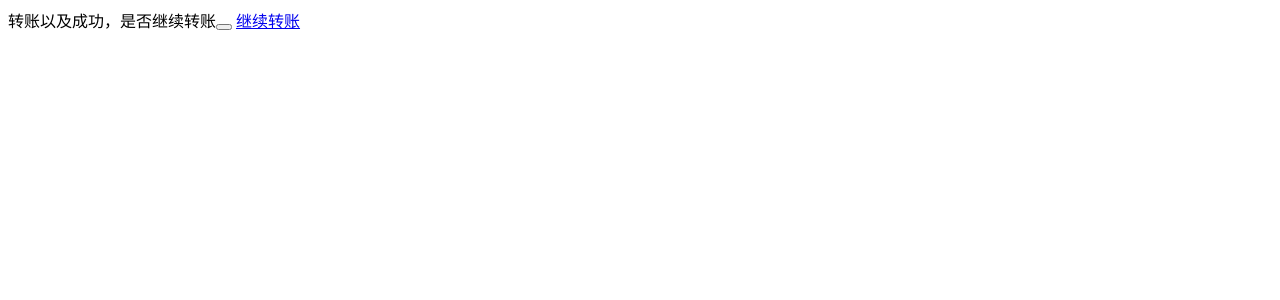
Repository: DataBoxWx/mvc_servlet_3
Page: http://localhost/mvc_1/continuetransfer.jsp
An editor plug-in stored every save of this project. The page is shown before and after the next save, followed by the edit.
The browser window is 1280 px wide. The pictures show the whole page.
The page is served by Tomcat 9. Other server files are loaded and not shown.

Above is the page before, as saved 2018-05-07 07:39:29.

### mvc_1/WebContent/continuetransfer.jsp
<%@ page language="java" contentType="text/html; charset=UTF-8"
    pageEncoding="UTF-8"%>
<%
	String basePath = request.getScheme() + "://" + request.getServerName() + ":" + 	request.getServerPort() + request.getContextPath() + "/";
%>
<!DOCTYPE html PUBLIC "-//W3C//DTD HTML 4.01 Transitional//EN" "http://www.w3.org/TR/html4/loose.dtd">
<html>
<head>
<base href="<%=basePath%>">
<meta http-equiv="Content-Type" content="text/html; charset=UTF-8">
<title>Insert title here</title>
</head>
<body>
	转账以及成功，是否继续转账<button></button>
	<a href="transfer.jsp">继续转账</a>
</body>
</html>

After the next save:
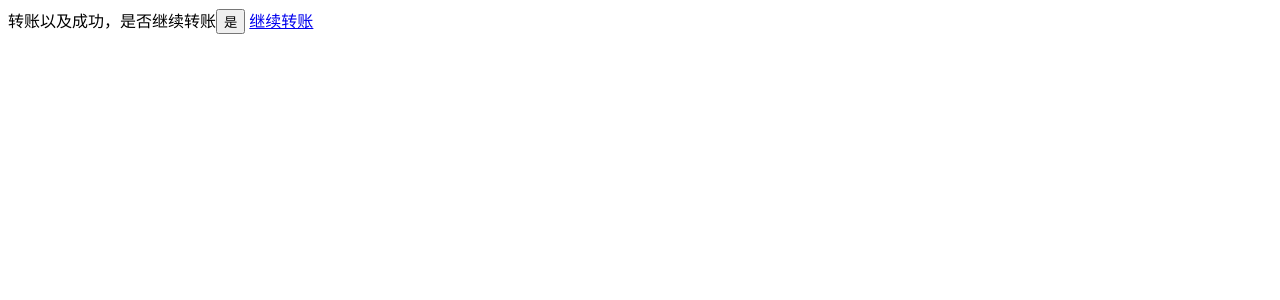
Saved 2 min 21 s later.
--- a/mvc_1/WebContent/continuetransfer.jsp
+++ b/mvc_1/WebContent/continuetransfer.jsp
@@ -11,7 +11,7 @@
 <title>Insert title here</title>
 </head>
 <body>
-	转账以及成功，是否继续转账<button></button>
+	转账以及成功，是否继续转账<button id="btn">是</button>
 	<a href="transfer.jsp">继续转账</a>
 </body>
 </html>
